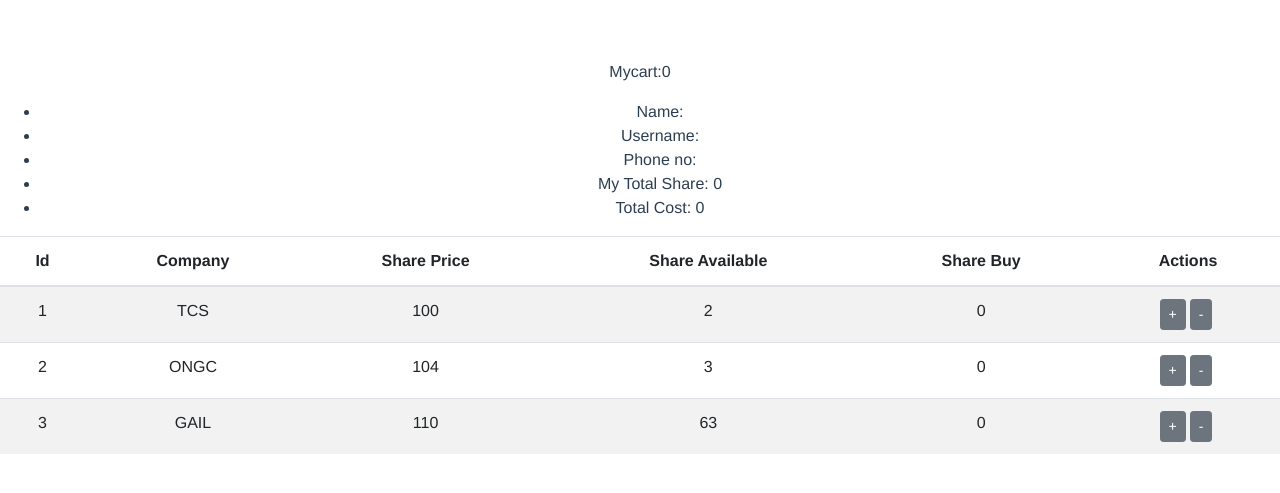
Repository: rupeshpawar93/vue-profile
Page: /#/portfolio/detail
The author's editor kept a copy of each file at every save. The page is drawn from the files as they stood at one save, then again after the next save.
The browser window is 1280 px wide. The pictures show the whole page.
The project was rebuilt for these pictures with package versions that can differ from the ones it lists, and the page was loaded fresh each time. Also part of the build but not shown: webpack.config.js, src/components/Portfolio.vue.

Above is the page before, as saved 2019-11-01 15:27:50.

### index.html
<!DOCTYPE html>
<html lang="en">
  <head>
    <meta charset="utf-8">
    <title>Portfolio Manager</title>
  </head>
  <body>
    <div id="app"></div>
    <script src="/dist/build.js"></script>
  </body>
</html>

### src/main.js
import Vue from 'vue'
import BootstrapVue from 'bootstrap-vue'
import 'bootstrap/dist/css/bootstrap.css'
import 'bootstrap-vue/dist/bootstrap-vue.css'
import App from './App'
import router from './router'

Vue.use(BootstrapVue)

Vue.config.productionTip = false

new Vue({
	el: '#app',
	router,
	template: '<App/>',
	components: { App }
})

### src/App.vue
<template>
  <div id="app">
    <router-view></router-view>
  </div>
</template>

<script>
	export default {
	  name: 'app'
	}
</script>


<style>
	#app {
		font-family: 'Avenir', Helvetica, Arial, sans-serif;
		-webkit-font-smoothing: antialiased;
		-moz-osx-font-smoothing: grayscale;
		text-align: center;
		color: #2c3e50;
		margin-top: 60px;
	}

	h1, h2 {
		font-weight: normal;
	}
</style>

### src/router/index.js
import Vue from 'vue'
import Router from 'vue-router'
import Portfolio from '@/components/Portfolio'
import PortfolioDetail from '@/components/PortfolioDetail'
import MyCart from '@/components/Mycart'

Vue.use(Router)

export default new Router({
    routes: [
        {
            path: '/',
            name: 'Portfolio',
            component: Portfolio
        },
        {
            path: '/portfolio/detail',
            name: 'mycart',
            component: MyCart,
            props:true
        }
    ]
})

### src/components/PortfolioDetail.vue
<template>
    <div>
        <ul>
            <li>Name: {{profile.name}}</li>
            <li>Username: {{profile.username}}</li>
            <li>Phone no: {{profile.phone}}</li>
            <li>My Total Share: {{myshare}}</li>
            <li>Total Cost: {{mytotalcost}}</li>
        </ul>
        <b-table striped hover :fields="fields" :items="items">
             <template v-slot:cell(actions)="row">
                <b-button size="sm" @click="add(row.item,row.index)" class="mr-1">
               +
                </b-button>
                <b-button size="sm" @click="minus(row.item,row.index)" class="mr-1">
               -
                </b-button>
             </template>
        </b-table>

    </div>
</template>
<script>
import axios from 'axios'

export default {
    name:'PortfolioDetail',
    props:{
        profile:Object
        },
    data() {
        return {
            userId:'',
            fields:['id','Company','SharePrice','ShareAvailable','ShareBuy','Actions'],
            myshare:0,
            mytotalcost:0,
            items:[
                {
                    'id':1,
                    'Company':'TCS',
                    'SharePrice': 100.00,
                    'ShareBuy': 0,
                    'ShareAvailable':2
                },
                {
                    'id':2,
                    'Company':'ONGC',
                    'SharePrice': 104.00,
                    'ShareBuy': 0,
                    'ShareAvailable':3
                },
                {
                    'id':3,
                    'Company':'GAIL',
                    'SharePrice': 110.00,
                    'ShareBuy': 0,
                    'ShareAvailable':63
                }
            ]
        }
    },
    methods: {
        add(item,index) {
            if(item.ShareAvailable!=0) {
                this.items[index]['ShareBuy'] = ++item.ShareBuy;
                this.myshare = ++this.myshare;
                this.mytotalcost = this.mytotalcost + item.SharePrice;
                this.items[index]['ShareAvailable'] = --item.ShareAvailable;
                this.$emit('myEvent', this.myshare);
            } else {
                alert(item.Company+' No Share left');
            }
        },
        minus(item,index) {
            if(item.ShareBuy!=0) {
                this.items[index]['ShareBuy'] = --item.ShareBuy;
                this.myshare = --this.myshare;
                this.mytotalcost = this.mytotalcost - item.SharePrice;
                this.items[index]['ShareAvailable'] = ++item.ShareAvailable;
                this.$emit('myEvent', this.myshare);
            } else {
                alert(item.Company+' No buy Share left');
            }
        }
    },
    mounted() {
        // this.userId=profile.userId;
        // axios
        // .get('https://jsonplaceholder.typicode.com/users/'+this.userId)
        // .then((response) => {
        //     this.profile =  response.data;
        // });
    }
}
</script>

### src/components/Mycart.vue
<template>
    <div>
        <p>Mycart:{{share}}</p>
        <PortfolioDetail :profile="profile" @myEvent="mycart"/>
    </div>
</template>
<script>
import axios from 'axios'
import PortfolioDetail from './PortfolioDetail'
export default {
    name:'mycart',
    data() {
        return {
            profile:{},
            share:0
        }
    },
    components: {
        PortfolioDetail
    },
    mounted() {
        this.userId=this.$route.params.item.userId;
        axios
        .get('https://jsonplaceholder.typicode.com/users/'+this.userId)
        .then((response) => {
            this.profile =  response.data;
        });
    },
    methods: {
        mycart(val) {
            this.share=val
        }
    }
}
</script>

After the next save:
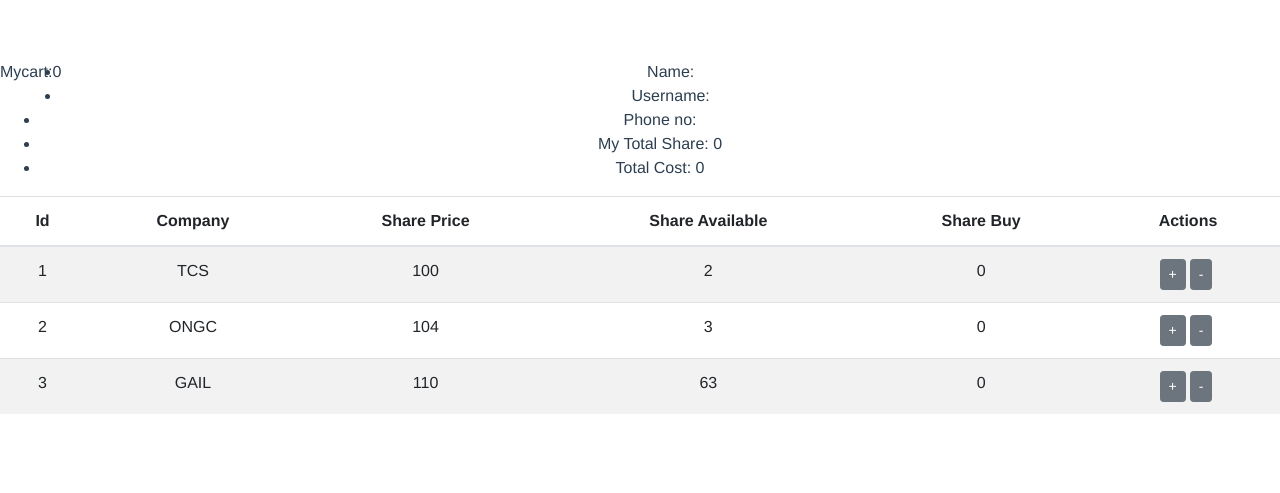
Saved 8 min 25 s later.
--- a/src/components/Mycart.vue
+++ b/src/components/Mycart.vue
@@ -1,6 +1,6 @@
 <template>
     <div>
-        <p>Mycart:{{share}}</p>
+        <p style="float:left">Mycart:{{share}}</p>
         <PortfolioDetail :profile="profile" @myEvent="mycart"/>
     </div>
 </template>
